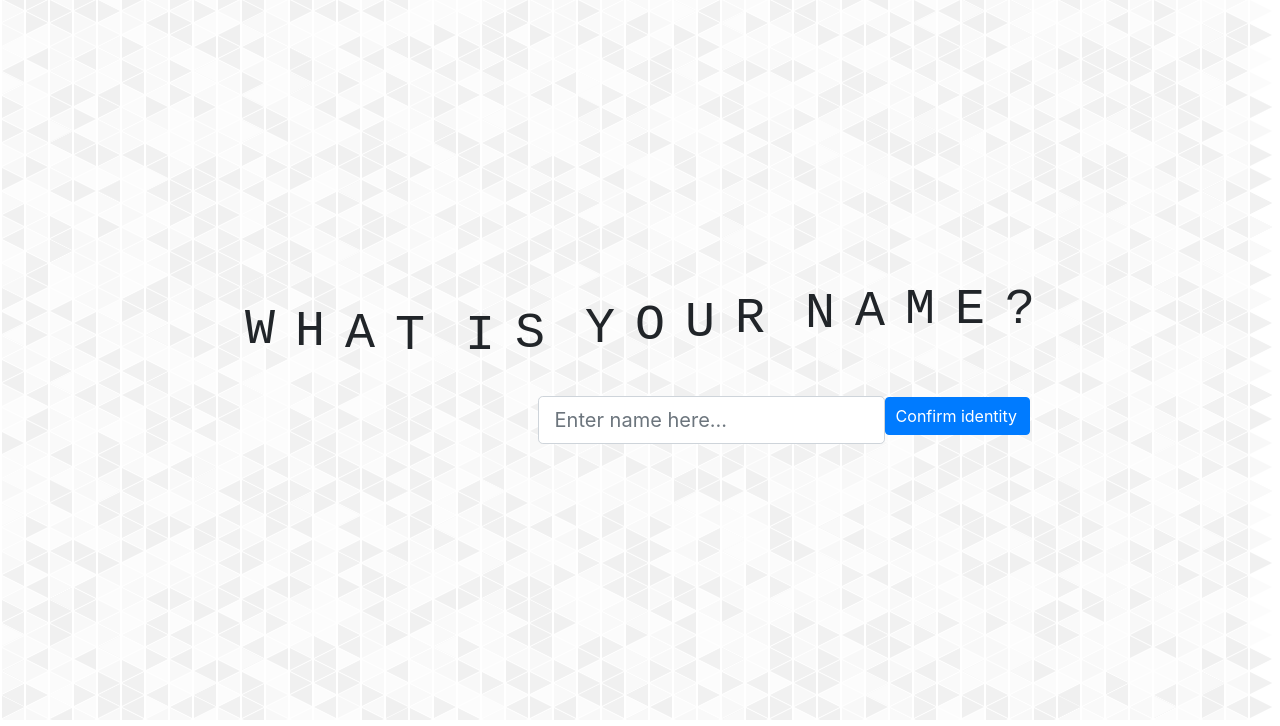
Repository: Aaquib111/Aaquib111.github.io
Page: index.html
These files come from the project's save history. The page is drawn as it stood at one moment and after the next save; the edit follows.
The browser window is 1280 px wide. The pictures show the whole page.

Above is the page before, as saved 2021-05-12 21:57:31.

After the next save:
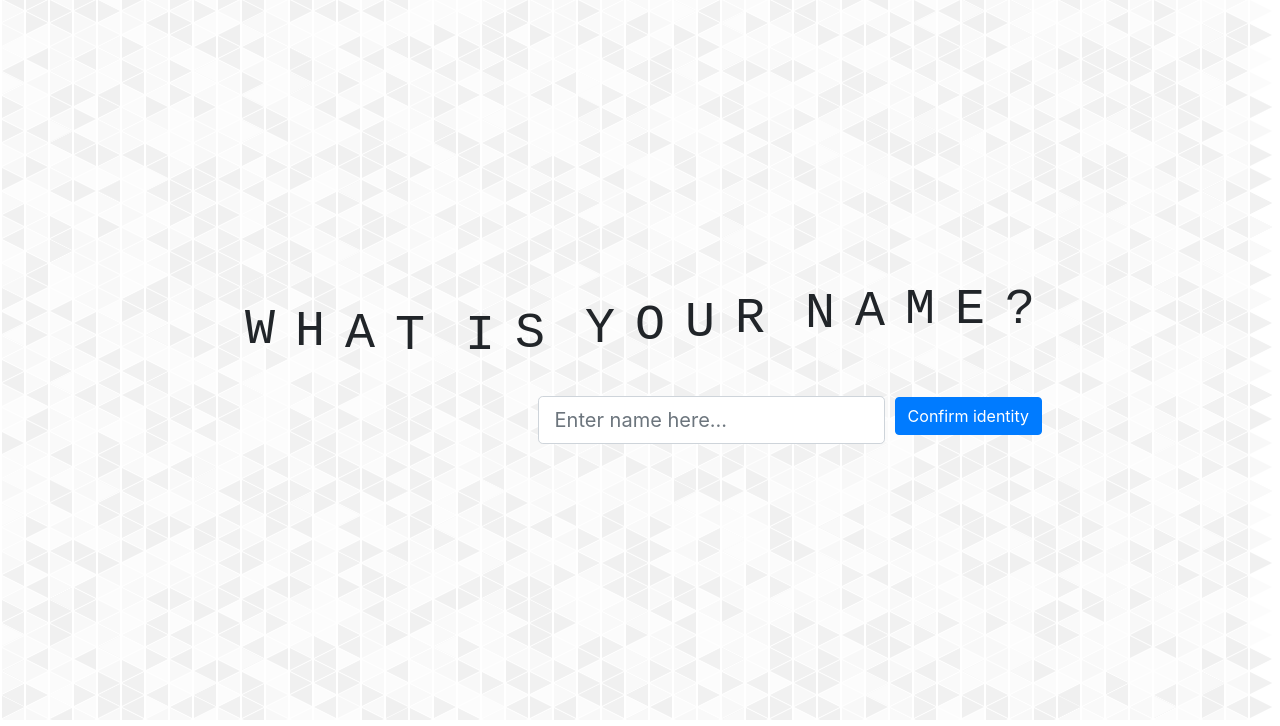
Saved 35 s later.
--- a/index.html
+++ b/index.html
@@ -21,7 +21,7 @@
             <div id="name">
                 <form class="form-inline">
                     <input class="form-control form-control-lg" type="password" placeholder="Enter name here...">
-                    <button type="submit" class="btn btn-primary mb-2" style="padding-left: 10px;">Confirm identity</button>
+                    <button type="submit" class="btn btn-primary mb-2" style="margin-left: 10px;">Confirm identity</button>
                 </form>
             </div>
         </div>
